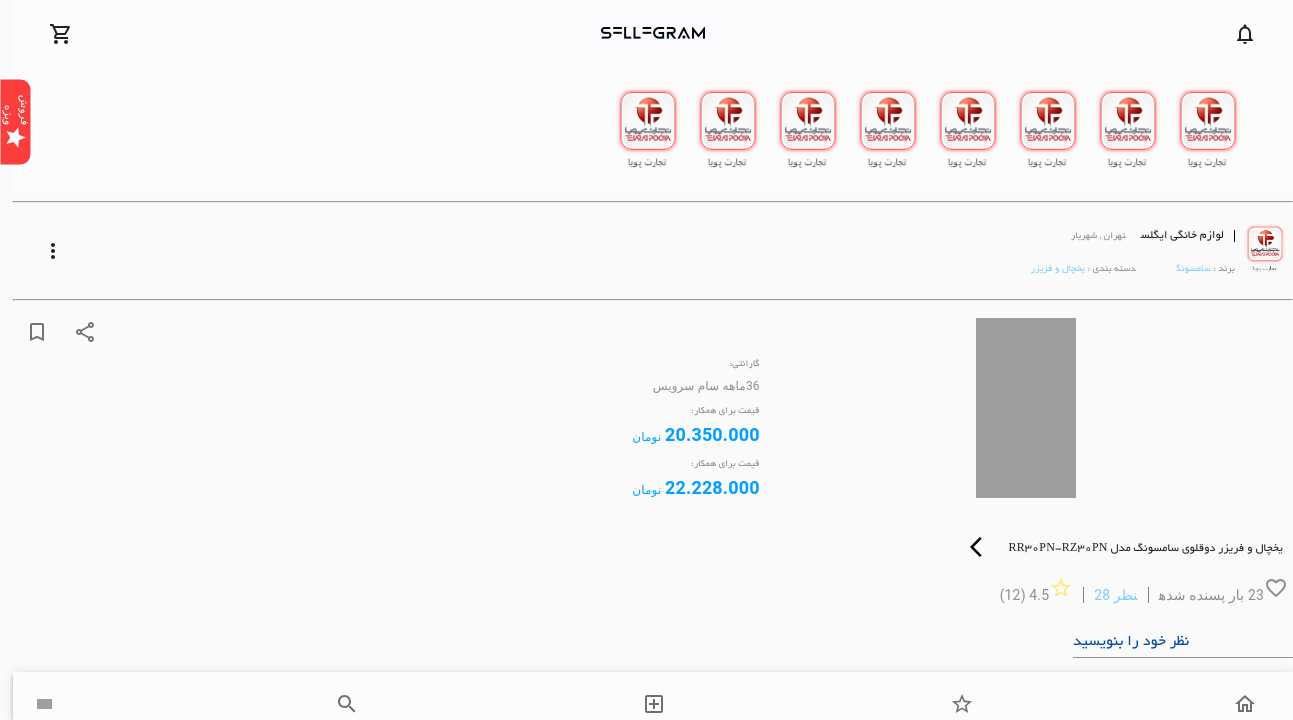
Repository: sadegh1379/selegram
Page: /login-4
An editor plug-in stored every save of this project. The page is shown before and after a run of saves, followed by the edit.
The browser window is 1280 px wide. The page is 1293 px wide, so the pictures cover 1293 px, including what lies to the right of the window. The pictures show the whole page.
Pictures or frames that could not be fetched are drawn as grey boxes. The project was rebuilt for these pictures with package versions that can differ from the ones it lists, and the page was loaded fresh each time. Also part of the build but not shown: src/components/login/Login.js, src/components/login/LoginOne.js, src/components/login/LoginThree.js.

Above is the page before, as saved 2020-09-09 14:18:23.

After the next 2 saves:
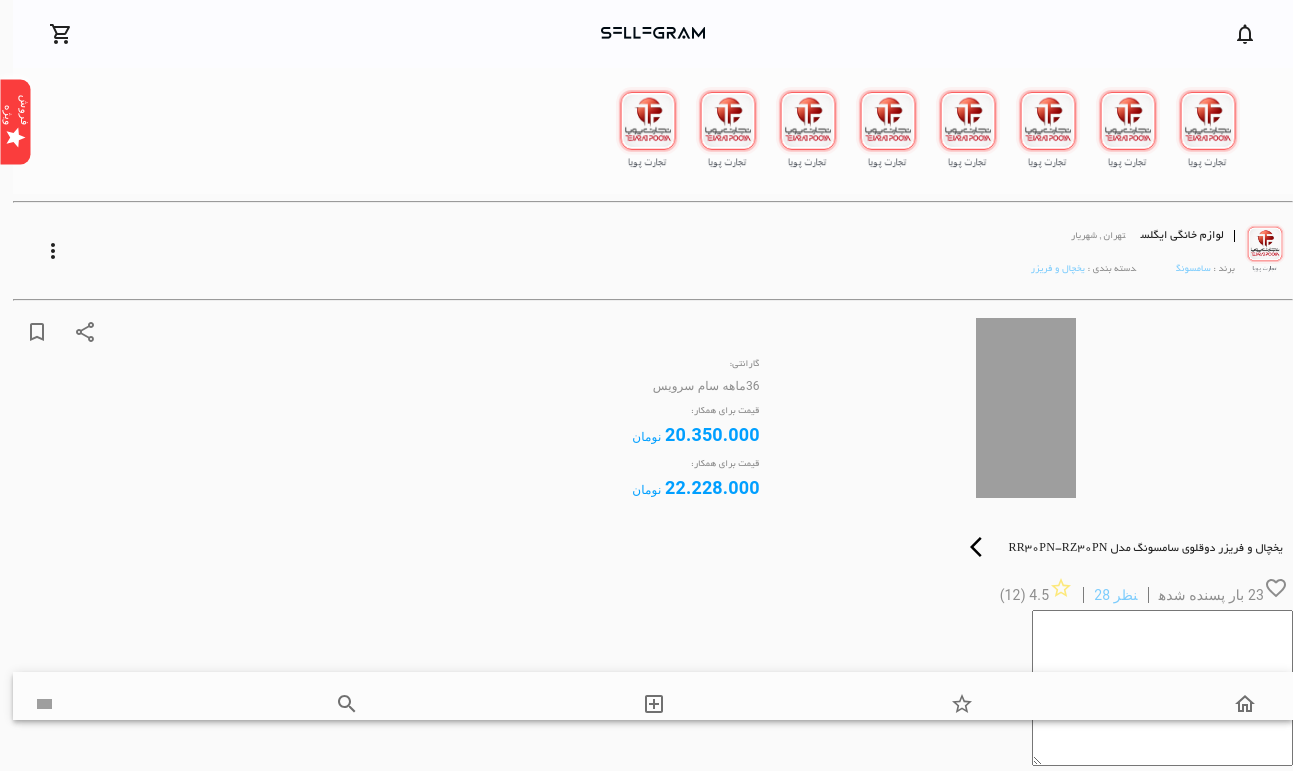
The 2 saves are shown as one change because they came seconds apart.
The last was saved 13 s later.
--- a/src/components/body/LoginFour.js
+++ b/src/components/body/LoginFour.js
@@ -134,7 +134,7 @@
             {/* Opinion */}
             <Grid>
             <form  autoComplete="off">
-                <TextField cols={10} rows={10}  id="standard-basic"  label="نظر خود را بنویسید" />
+                <textarea name="" id="" cols="30" rows="10"></textarea>
 
             </form>
             </Grid>
